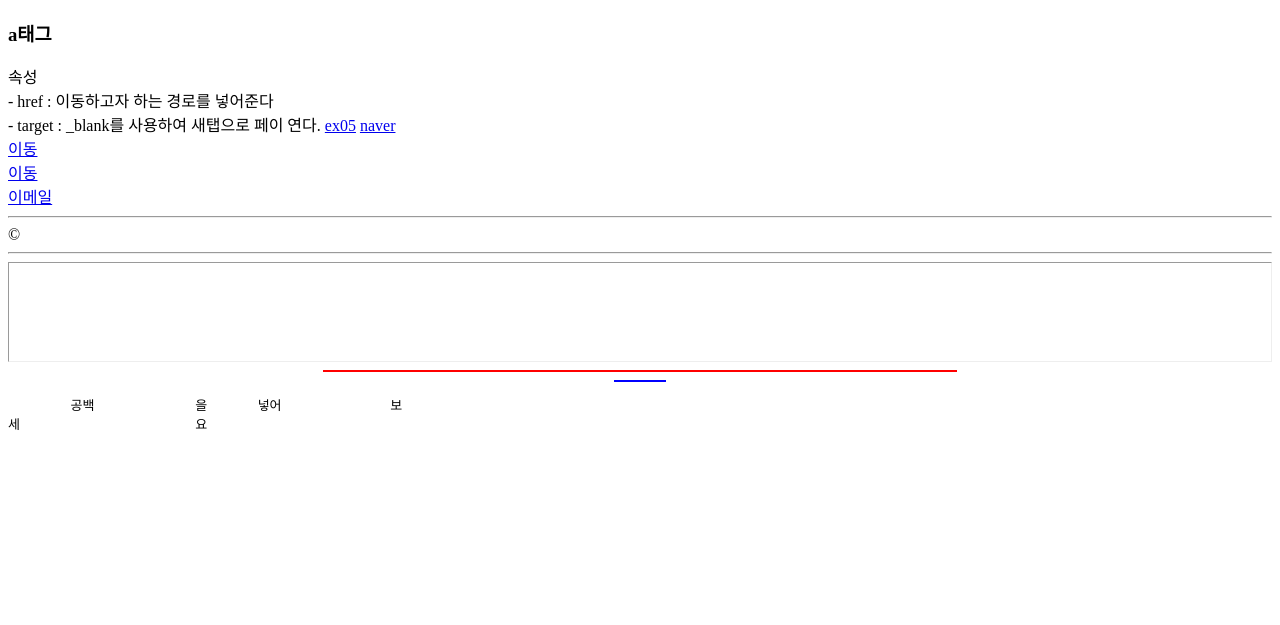
Repository: cleangggg/front
Page: html/ex07.html
These files come from the project's save history. The page is drawn as it stood at one moment and after the next save; the edit follows.
The browser window is 1280 px wide. The pictures show the whole page.

Above is the page before, as saved 2023-05-23 00:29:56.

After the next save:
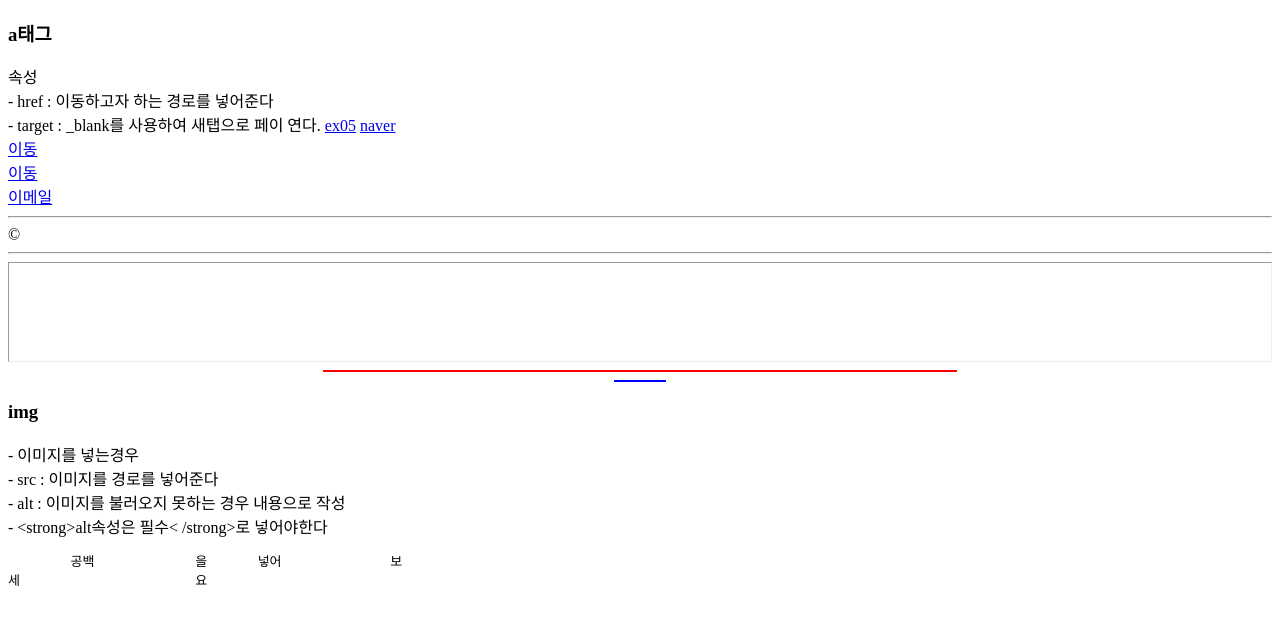
Saved 2 min 58 s later.
--- a/html/ex07.html
+++ b/html/ex07.html
@@ -29,6 +29,15 @@
 
 
 <body>
+
+	<h3>img</h3>
+	- 이미지를 넣는경우<br>
+	- src : 이미지를 경로를 넣어준다<br>
+	- alt : 이미지를 불러오지 못하는 경우 내용으로 작성<br>
+	- &lt;strong&gt;alt속성은 필수&lt; /strong&gt;로 넣어야한다<br>
+
+
+
 	<pre>
 	공백		을 	넣어		 보
 세 			요
